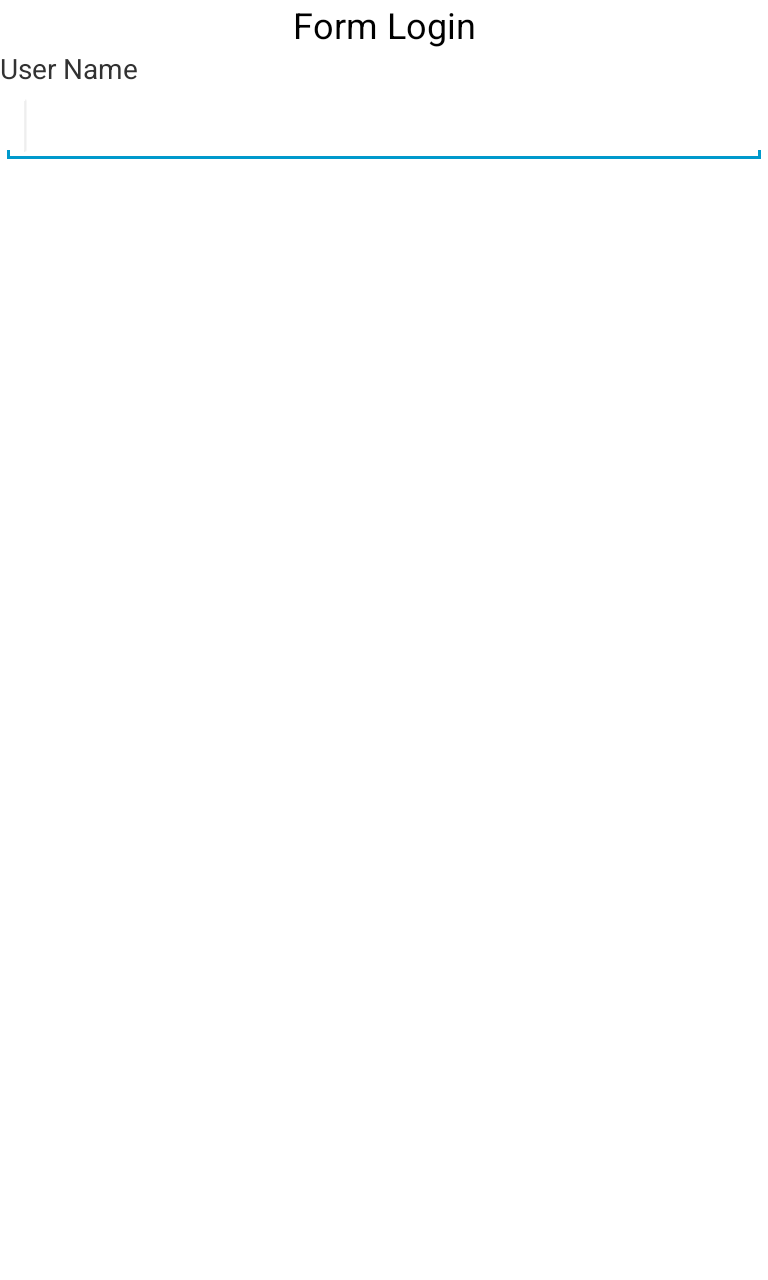
Repository: choll03/mobile_programming
Layout: MateriActivity/res/layout/activity_main.xml
The author's editor kept a copy of each file at every save. The layout is drawn from the files as they stood at one save, then again after the next save.
It is drawn on a 768 x 1280 px phone screen (xhdpi) without system bars, with theme AppTheme; the app's code is not run.

Above is the layout before, as saved 2019-04-20 16:28:49.

### MateriActivity/res/layout/activity_main.xml
<RelativeLayout xmlns:android="http://schemas.android.com/apk/res/android"
    xmlns:tools="http://schemas.android.com/tools"
    android:layout_width="match_parent"
    android:layout_height="match_parent" >

    <LinearLayout
        android:id="@+id/linearLayout1"
        android:layout_width="wrap_content"
        android:layout_height="wrap_content"
        android:layout_alignParentLeft="true"
        android:layout_alignParentRight="true"
        android:layout_alignParentTop="true" >
        <TextView
            android:id="@+id/textView1"
            android:layout_width="match_parent"
            android:layout_height="wrap_content"
            android:gravity="center"
            android:text="Form Login"
            android:textAppearance="?android:attr/textAppearanceMedium" />
    </LinearLayout>

    <LinearLayout
        android:id="@+id/linearLayout2"
        android:layout_width="wrap_content"
        android:layout_height="wrap_content"
        android:layout_alignParentLeft="true"
        android:layout_alignParentRight="true"
        android:layout_below="@+id/linearLayout1"
        android:orientation="vertical" >
        <TextView
            android:id="@+id/textView2"
            android:layout_width="match_parent"
            android:layout_height="wrap_content"
            android:text="User Name" />
        <EditText
            android:id="@+id/userNameEditText"
            android:layout_width="match_parent"
            android:layout_height="wrap_content" >
            <requestFocus />
		</EditText>

	</LinearLayout>

</RelativeLayout>

Loaded but not shown: MateriActivity/res/values/styles.xml (common file); MateriActivity/res/values-v11/styles.xml (common file); MateriActivity/res/values-v14/styles.xml (common file)

After the next save:
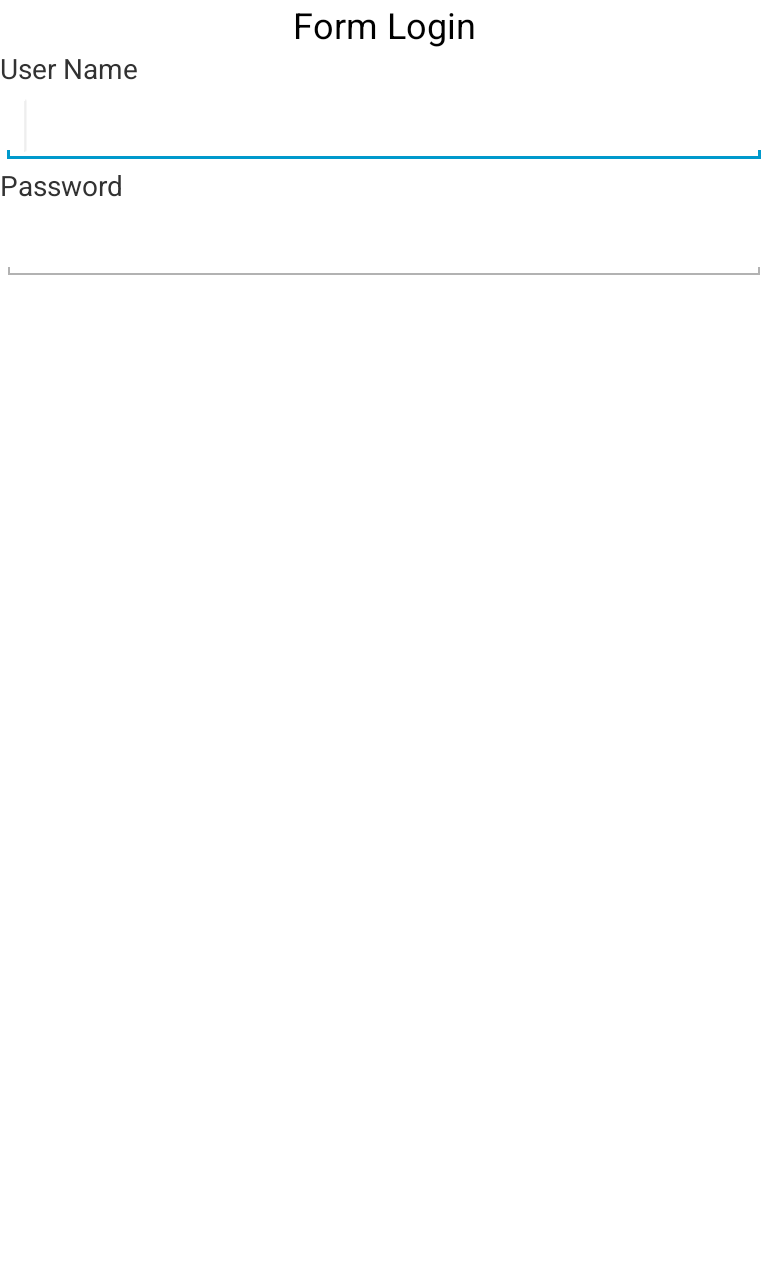
Saved 69 s later.
--- a/MateriActivity/res/layout/activity_main.xml
+++ b/MateriActivity/res/layout/activity_main.xml
@@ -41,4 +41,24 @@
 
 	</LinearLayout>
 
+    <LinearLayout
+        android:id="@+id/linearLayout3"
+        android:layout_width="wrap_content"
+        android:layout_height="wrap_content"
+        android:layout_alignParentLeft="true"
+        android:layout_alignParentRight="true"
+        android:layout_below="@+id/linearLayout2"
+        android:orientation="vertical" >
+        <TextView
+            android:id="@+id/textView3"
+            android:layout_width="match_parent"
+            android:layout_height="wrap_content"
+            android:text="Password" />
+        <EditText
+            android:id="@+id/passwordEditText"
+            android:layout_width="match_parent"
+            android:layout_height="wrap_content"
+            android:inputType="textPassword" />
+    </LinearLayout>
+
 </RelativeLayout>
